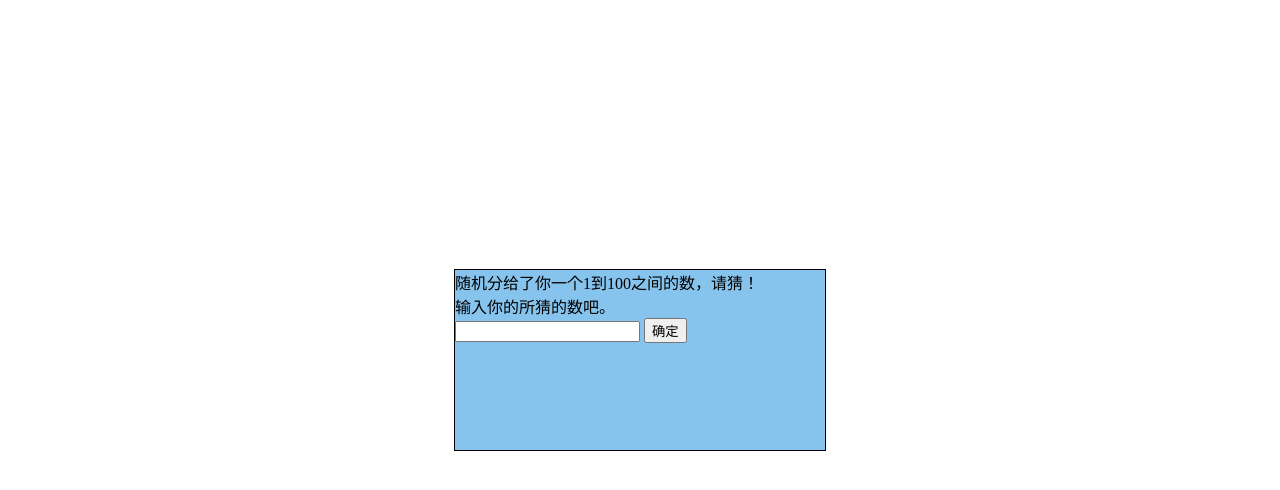
Repository: guirui-li/StudyJavaWeb
Page: http://localhost/JavawebTest/experiment04/getNumber.jsp
An editor plug-in stored every save of this project. The page is shown before and after the next save, followed by the edit.
The browser window is 1280 px wide. The pictures show the whole page.
The page is served by Tomcat 9. Other server files are loaded and not shown.

Above is the page before, as saved 2019-05-03 06:57:28.

### JavawebTest/WebContent/experiment04/getNumber.jsp
<%@ page language="java" contentType="text/html; charset=UTF-8"
    pageEncoding="UTF-8"%>
<!DOCTYPE html>
<html>
<head>
<meta charset="UTF-8">
<title>getNumber</title>
	<style type="text/css">
		#div{
			border:1px solid black;
			width:370px;
			height:180px;
			background-color:#87c4ed;
			position:absolute;
			top:50%;
			left:50%;
			transform:translate(-50%,-50%);
		}
	</style>
</head>
<body>
	<%
		int number=(int)(Math.random()*100)+1;
		session.setAttribute("count", new Integer(0));
		session.setAttribute("save", new Integer(number));
	%>
	<div id="div">
	随机分给了你一个1到100之间的数，请猜！
	<br>
	输入你的所猜的数吧。
	<form action="result.jsp" method="post" name="form1">
		<input type="text" name="boy">
		<input type="submit" value="确定" name="submit">
	</form>
	</div>
</body>
</html>

After the next save:
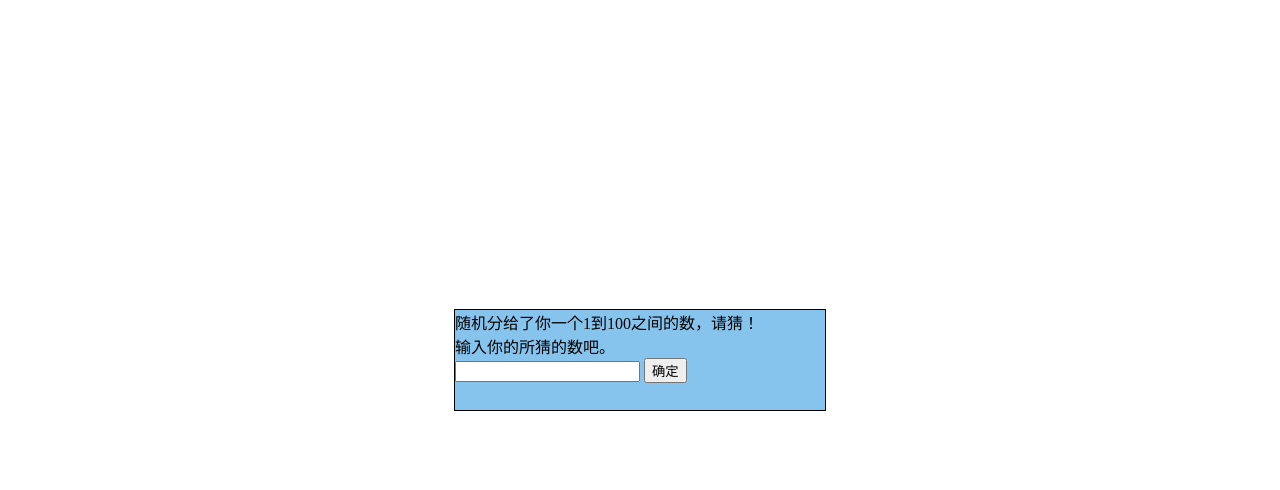
Saved 8 s later.
--- a/JavawebTest/WebContent/experiment04/getNumber.jsp
+++ b/JavawebTest/WebContent/experiment04/getNumber.jsp
@@ -9,7 +9,7 @@
 		#div{
 			border:1px solid black;
 			width:370px;
-			height:180px;
+			height:100px;
 			background-color:#87c4ed;
 			position:absolute;
 			top:50%;
